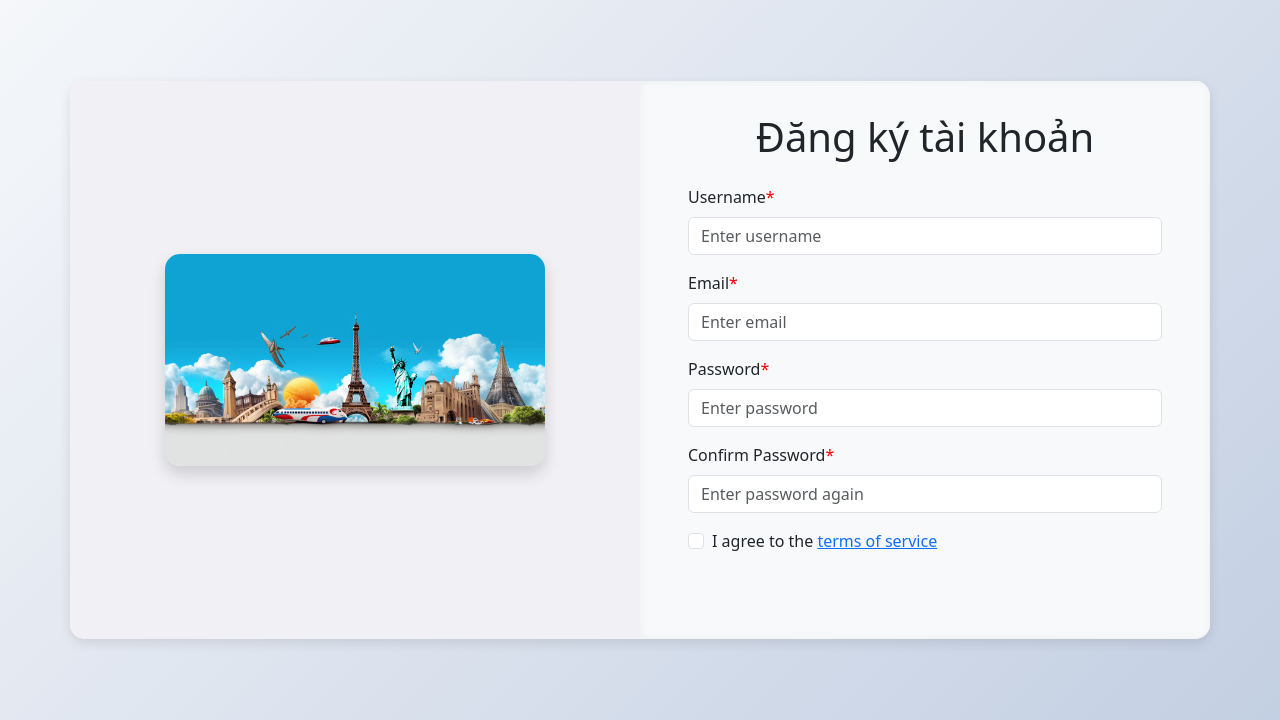
Repository: manhtdxxx/Tour-Booking-Webapp
Page: http://localhost/bookingTour/register.jsp
An editor plug-in stored every save of this project. The page is shown before and after a run of saves, followed by the edit.
The browser window is 1280 px wide. The pictures show the whole page.
The page is served by Tomcat 9. Other server files are loaded and not shown.

Above is the page before, as saved 2024-11-09 07:08:10.

### bookingTour/src/main/webapp/register.jsp
<%@ page language="java" contentType="text/html; charset=UTF-8" pageEncoding="UTF-8"%>
<!DOCTYPE html>
<html>
<head>
<title>Trang đăng ký</title>
<meta charset="utf-8">
<meta name="viewport" content="width=device-width, initial-scale=1">
<link href="https://cdn.jsdelivr.net/npm/bootstrap@5.3.3/dist/css/bootstrap.min.css"
	rel="stylesheet">
<script src="https://cdn.jsdelivr.net/npm/bootstrap@5.3.3/dist/js/bootstrap.bundle.min.js"></script>

<style type="text/css">
body {
	background: linear-gradient(135deg, #f5f7fa, #c3cfe2);
	min-height: 100vh;
	display: flex;
	align-items: center;
	justify-content: center;
}

.container {
	background: white;
	box-shadow: 0 4px 12px rgba(0, 0, 0, 0.1);
	border-radius: 15px;
	overflow: hidden;
}

.form-section {
	padding: 2rem 3rem;
	background: #f8f9fa;
	box-shadow: inset 0 0 10px rgba(0, 0, 0, 0.05);
}

.image-section {
	background: #f0f0f5;
	display: flex;
	align-items: center;
	justify-content: center;
	padding: 3rem;
}

.image-section img {
	width: 80%;
	border-radius: 15px;
	box-shadow: 0 8px 16px rgba(0, 0, 0, 0.15);
	transition: transform 0.3s ease;
}

.image-section img:hover {
	transform: scale(1.05);
}

.red {
	color: red;
}

.btn-primary {
	width: 100%;
}
</style>
</head>

<body>
	<%
	String error = (String) request.getAttribute("error");
	error = (error != null) ? error : "";
	String username = (String) request.getAttribute("username");
	String email = (String) request.getAttribute("email");
	String password = (String) request.getAttribute("password");
	String password2 = (String) request.getAttribute("password2");
	%>
	<div class="container">
		<div class="row">
			<!-- Image Section -->
			<div class="col-md-6 image-section">
				<img src="images/banner1.jpg" alt="Banner Image">
			</div>
			<!-- Form Section -->
			<div class="col-md-6 form-section">
				<div class="text-center mb-4">
					<h1>Đăng ký tài khoản</h1>
				</div>

				<!-- Error Message -->
				<%
				if (!error.isEmpty()) {
				%>
				<div class="alert alert-danger alert-dismissible fade show">
					<button type="button" class="btn-close" data-bs-dismiss="alert"></button>
					<strong><%=error%></strong>
				</div>
				<%
				}
				%>

				<form action="do-register" method="post">
					<div class="mb-3">
						<label for="username" class="form-label">Username<span class="red">*</span></label> <input
							type="text" class="form-control" id="username" placeholder="Enter username" name="username"
							value="<%=username != null ? username : ""%>" required="required"
							oninput="showSubmitButton()">
					</div>
					<div class="mb-3">
						<label for="email" class="form-label">Email<span class="red">*</span></label> <input
							type="email" class="form-control" id="email" placeholder="Enter email" name="email"
							value="<%=email != null ? email : ""%>" required="required" oninput="showSubmitButton()">
					</div>
					<div class="mb-3">
						<label for="password" class="form-label">Password<span class="red">*</span></label> <input
							type="password" class="form-control" id="password" placeholder="Enter password"
							name="password" value="<%=password != null ? password : ""%>" required="required"
							onkeyup="confirmPassword(); oninput=showSubmitButton()">
					</div>
					<div class="mb-3">
						<label for="password2" class="form-label">Confirm Password<span class="red">*</span></label> <input
							type="password" class="form-control" id="password2" placeholder="Enter password again"
							name="password2" value="<%=password2 != null ? password2 : ""%>" required="required"
							onkeyup="confirmPassword(); oninput=showSubmitButton()">
						<div id="msg" class="text-danger mb-3 mt-1"></div>
					</div>
					<div class="form-check mb-3">
						<input class="form-check-input" type="checkbox" name="agree" id="agree"
							onchange="showSubmitButton()"> <label class="form-check-label">I agree to the
							<a href="#">terms of service</a>
						</label>
					</div>
					<button type="submit" class="btn btn-primary" id="submit" style="visibility: hidden;">Register</button>
				</form>
			</div>
		</div>
	</div>

	<script type="text/javascript">
		function confirmPassword() {
			let pass_1 = document.getElementById("password").value;
			let pass_2 = document.getElementById("password2").value;
			let msg = document.getElementById("msg");
			if (pass_1 !== pass_2) {
				msg.innerHTML = "Mật khẩu không khớp!";
				return false;
			} else {
				msg.innerHTML = "";
				return true;
			}
		}

		function showSubmitButton() {
			let username = document.getElementById("username").value.trim();
			let email = document.getElementById("email").value.trim();
			let password = document.getElementById("password").value.trim();
			let password2 = document.getElementById("password2").value.trim();
			let agree = document.getElementById("agree").checked;
			let submitButton = document.getElementById("submit");

			if (username && email && password && password2 && confirmPassword()
					&& agree) {
				submitButton.style.visibility = "visible";
			} else {
				submitButton.style.visibility = "hidden";
			}
		}
	</script>
</body>
</html>

After the next 2 saves:
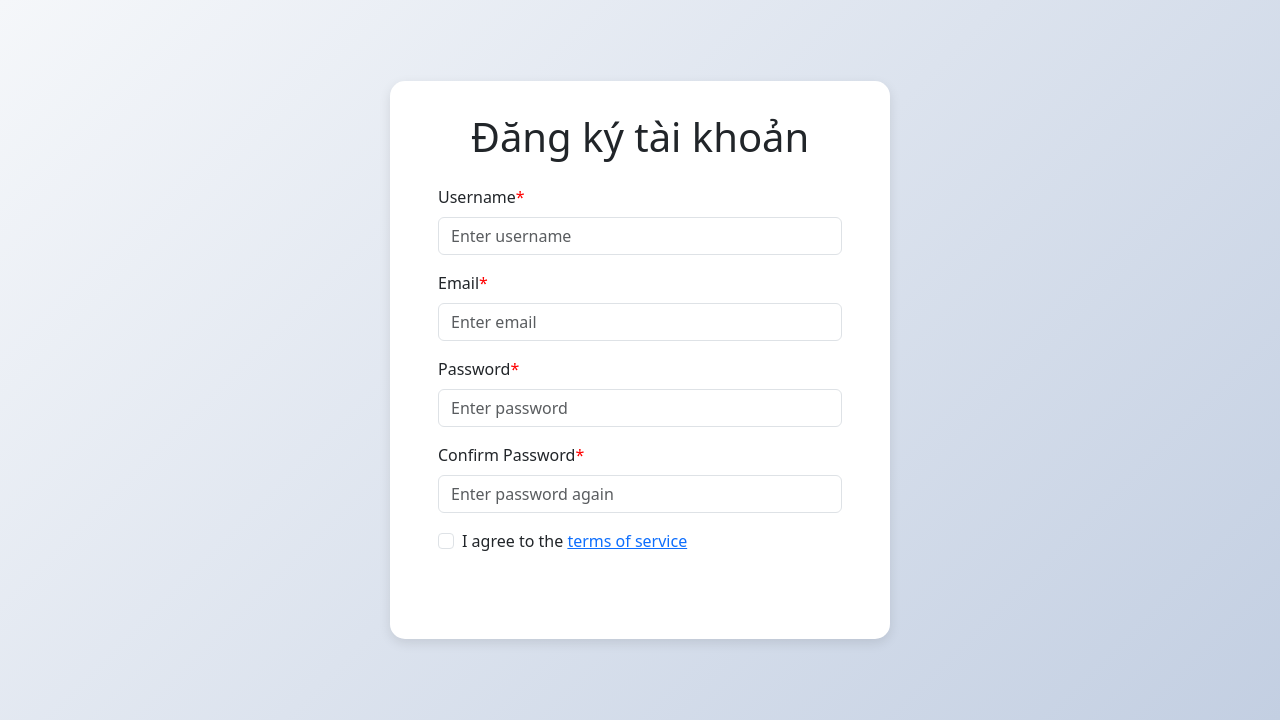
The 2 saves are shown as one change because they came seconds apart.
The last was saved 3 min 11 s later.
--- a/bookingTour/src/main/webapp/register.jsp
+++ b/bookingTour/src/main/webapp/register.jsp
@@ -19,35 +19,11 @@ body {
 }
 
 .container {
+	max-width: 500px;
 	background: white;
 	box-shadow: 0 4px 12px rgba(0, 0, 0, 0.1);
 	border-radius: 15px;
-	overflow: hidden;
-}
-
-.form-section {
 	padding: 2rem 3rem;
-	background: #f8f9fa;
-	box-shadow: inset 0 0 10px rgba(0, 0, 0, 0.05);
-}
-
-.image-section {
-	background: #f0f0f5;
-	display: flex;
-	align-items: center;
-	justify-content: center;
-	padding: 3rem;
-}
-
-.image-section img {
-	width: 80%;
-	border-radius: 15px;
-	box-shadow: 0 8px 16px rgba(0, 0, 0, 0.15);
-	transition: transform 0.3s ease;
-}
-
-.image-section img:hover {
-	transform: scale(1.05);
 }
 
 .red {
@@ -70,64 +46,53 @@ body {
 	String password2 = (String) request.getAttribute("password2");
 	%>
 	<div class="container">
-		<div class="row">
-			<!-- Image Section -->
-			<div class="col-md-6 image-section">
-				<img src="images/banner1.jpg" alt="Banner Image">
+		<div class="text-center mb-4">
+			<h1>Đăng ký tài khoản</h1>
+		</div>
+
+		<!-- Error Message -->
+		<%
+		if (!error.isEmpty()) {
+		%>
+		<div class="alert alert-danger alert-dismissible fade show">
+			<button type="button" class="btn-close" data-bs-dismiss="alert"></button>
+			<strong><%=error%></strong>
+		</div>
+		<%
+		}
+		%>
+
+		<form action="do-register" method="post">
+			<div class="mb-3">
+				<label for="username" class="form-label">Username<span class="red">*</span></label> <input
+					type="text" class="form-control" id="username" placeholder="Enter username" name="username"
+					value="<%=username != null ? username : ""%>" required="required" oninput="showSubmitButton()">
 			</div>
-			<!-- Form Section -->
-			<div class="col-md-6 form-section">
-				<div class="text-center mb-4">
-					<h1>Đăng ký tài khoản</h1>
-				</div>
-
-				<!-- Error Message -->
-				<%
-				if (!error.isEmpty()) {
-				%>
-				<div class="alert alert-danger alert-dismissible fade show">
-					<button type="button" class="btn-close" data-bs-dismiss="alert"></button>
-					<strong><%=error%></strong>
-				</div>
-				<%
-				}
-				%>
-
-				<form action="do-register" method="post">
-					<div class="mb-3">
-						<label for="username" class="form-label">Username<span class="red">*</span></label> <input
-							type="text" class="form-control" id="username" placeholder="Enter username" name="username"
-							value="<%=username != null ? username : ""%>" required="required"
-							oninput="showSubmitButton()">
-					</div>
-					<div class="mb-3">
-						<label for="email" class="form-label">Email<span class="red">*</span></label> <input
-							type="email" class="form-control" id="email" placeholder="Enter email" name="email"
-							value="<%=email != null ? email : ""%>" required="required" oninput="showSubmitButton()">
-					</div>
-					<div class="mb-3">
-						<label for="password" class="form-label">Password<span class="red">*</span></label> <input
-							type="password" class="form-control" id="password" placeholder="Enter password"
-							name="password" value="<%=password != null ? password : ""%>" required="required"
-							onkeyup="confirmPassword(); oninput=showSubmitButton()">
-					</div>
-					<div class="mb-3">
-						<label for="password2" class="form-label">Confirm Password<span class="red">*</span></label> <input
-							type="password" class="form-control" id="password2" placeholder="Enter password again"
-							name="password2" value="<%=password2 != null ? password2 : ""%>" required="required"
-							onkeyup="confirmPassword(); oninput=showSubmitButton()">
-						<div id="msg" class="text-danger mb-3 mt-1"></div>
-					</div>
-					<div class="form-check mb-3">
-						<input class="form-check-input" type="checkbox" name="agree" id="agree"
-							onchange="showSubmitButton()"> <label class="form-check-label">I agree to the
-							<a href="#">terms of service</a>
-						</label>
-					</div>
-					<button type="submit" class="btn btn-primary" id="submit" style="visibility: hidden;">Register</button>
-				</form>
+			<div class="mb-3">
+				<label for="email" class="form-label">Email<span class="red">*</span></label> <input
+					type="email" class="form-control" id="email" placeholder="Enter email" name="email"
+					value="<%=email != null ? email : ""%>" required="required" oninput="showSubmitButton()">
 			</div>
-		</div>
+			<div class="mb-3">
+				<label for="password" class="form-label">Password<span class="red">*</span></label> <input
+					type="password" class="form-control" id="password" placeholder="Enter password" name="password"
+					value="<%=password != null ? password : ""%>" required="required"
+					onkeyup="confirmPassword(); oninput=showSubmitButton()">
+			</div>
+			<div class="mb-3">
+				<label for="password2" class="form-label">Confirm Password<span class="red">*</span></label> <input
+					type="password" class="form-control" id="password2" placeholder="Enter password again"
+					name="password2" value="<%=password2 != null ? password2 : ""%>" required="required"
+					onkeyup="confirmPassword(); oninput=showSubmitButton()">
+				<div id="msg" class="text-danger mb-3 mt-1"></div>
+			</div>
+			<div class="form-check mb-3">
+				<input class="form-check-input" type="checkbox" name="agree" id="agree"
+					onchange="showSubmitButton()"> <label class="form-check-label">I agree to the <a
+					href="#">terms of service</a></label>
+			</div>
+			<button type="submit" class="btn btn-primary" id="submit" style="visibility: hidden;">Register</button>
+		</form>
 	</div>
 
 	<script type="text/javascript">
